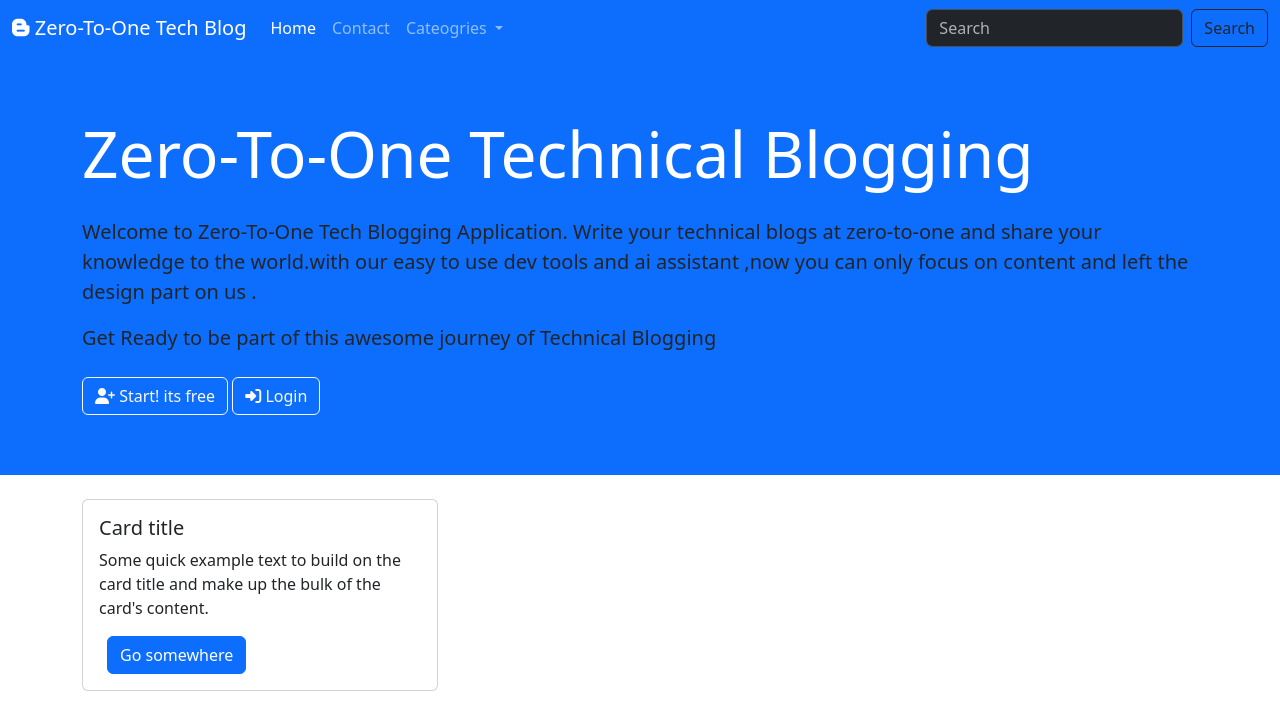
Repository: Gaurav560/PROJECT-ZeroToOne-TechBlog
Page: http://localhost/ZeroToOne/
An editor plug-in stored every save of this project. The page is shown before and after the next save, followed by the edit.
The browser window is 1280 px wide. The pictures show the whole page.
Some web libraries are served in a nearby version. The page is served by Tomcat 9.

Above is the page before, as saved 2023-04-29 07:51:46.

After the next save:
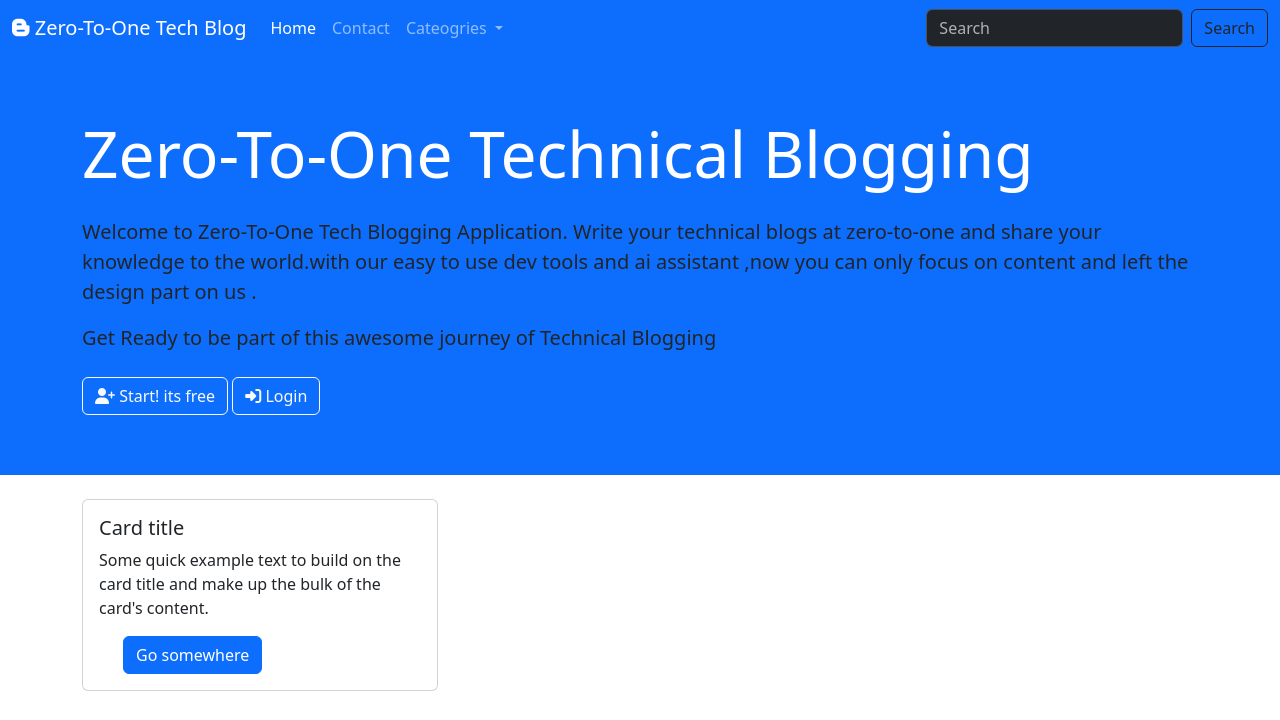
Saved 10 s later.
--- a/ZeroToOne/src/main/webapp/index.jsp
+++ b/ZeroToOne/src/main/webapp/index.jsp
@@ -59,7 +59,7 @@
   <div class="card-body">
     <h5 class="card-title">Card title</h5>
     <p class="card-text">Some quick example text to build on the card title and make up the bulk of the card's content.</p>
-    <a href="#" class="btn btn-primary ms-2">Go somewhere</a>
+    <a href="#" class="btn btn-primary ms-4">Go somewhere</a>
   </div>
 </div>
 </div>
